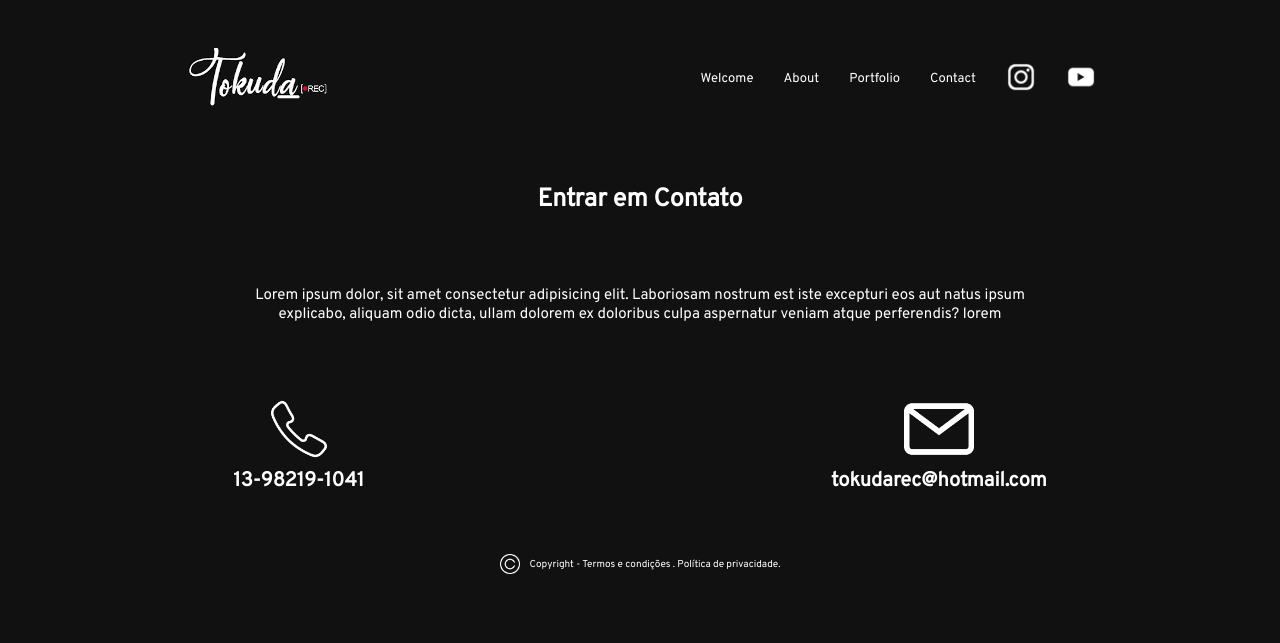
Repository: Lucasbeze/Project-FilmMaker
Page: projeto-alex/pages/contact.html
The author's editor kept a copy of each file at every save. The page is drawn from the files as they stood at one save, then again after the next save.
The browser window is 1280 px wide. The pictures show the whole page.

Above is the page before, as saved 2022-08-26 16:42:43.

After the next save:
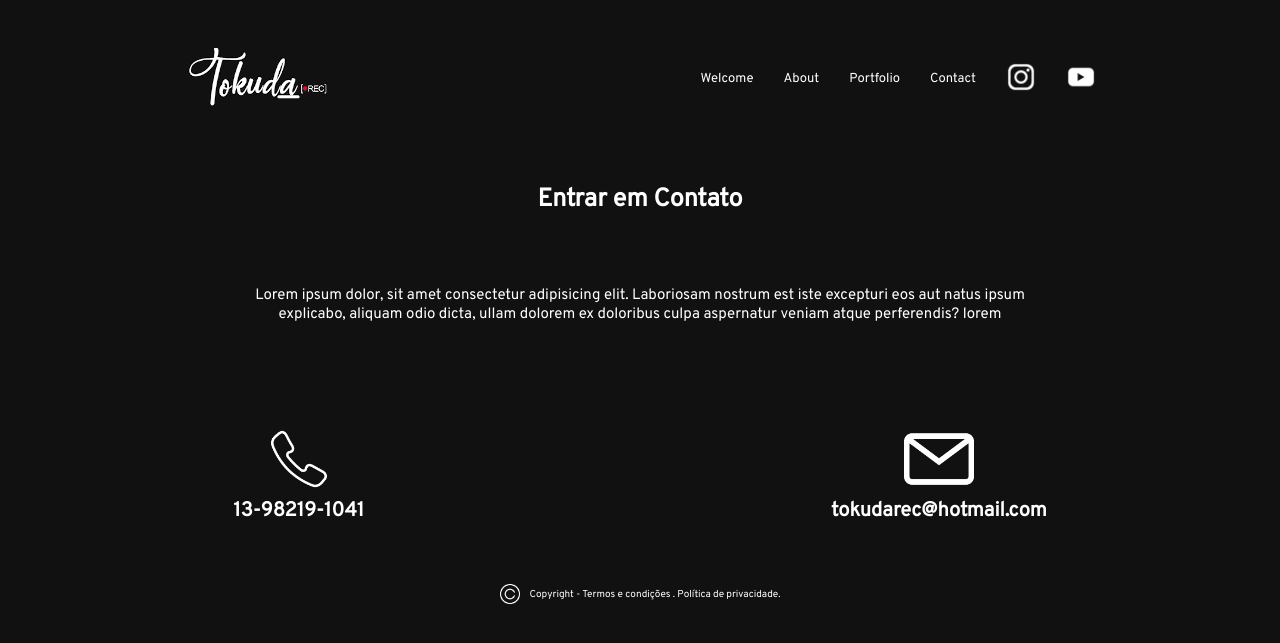
Saved 13 s later.
--- a/projeto-alex/css/contact.css
+++ b/projeto-alex/css/contact.css
@@ -58,7 +58,7 @@ main {
   font-size: 1.5rem;
 }
 .tel-mail {
-  margin-top: 7rem;
+  margin-top: 10rem;
   color: var(--text-color);
   display: flex;
   justify-content: space-around;
